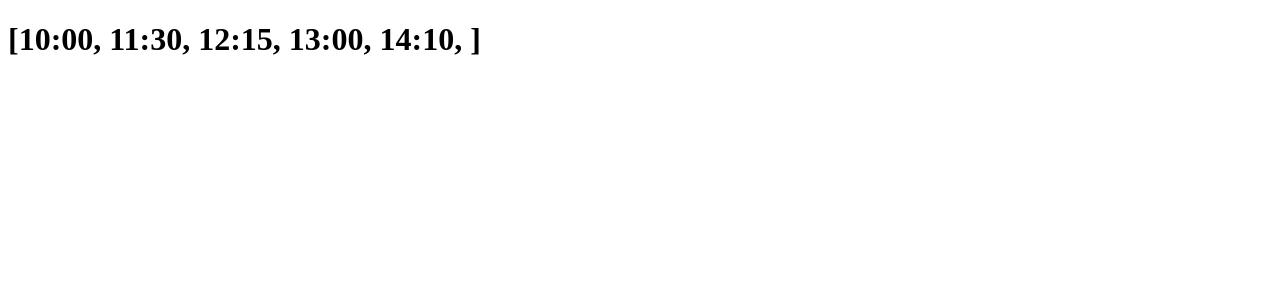
Repository: tsydikov/react_test_task_part2
Page: /
An editor plug-in stored every save of this project. The page is shown before and after the next save, followed by the edit.
The browser window is 1280 px wide. The pictures show the whole page.
The project was rebuilt for these pictures with package versions that can differ from the ones it lists, and the page was loaded fresh each time.

Above is the page before, as saved 2021-09-02 01:49:40.

### public/index.html
<!DOCTYPE html>
<html lang="en">
  <head>
    <meta charset="utf-8" />
    <meta name="viewport" content="width=device-width, initial-scale=1" />
    <meta
      name="description"
      content="Web site created using create-react-app"
    />
    <title>Task part 2</title>
  </head>
  <body>
    <div id="root"></div>

  </body>
</html>

### src/App.js
import React, { useEffect, useState } from 'react'
import GetFetchData from './API/GetFetchData';

function App() {
  const [workingIntervals,setWorkingIntervals] = useState([])
  useEffect(()=>{
    calck()
  },[])
  //   async function getFetchData() {
  //     const data = await GetFetchData.get()
  //     // console.log(data)
  // }
  const data = {
    "start": "10:00",
    "appointments": [
      {
        "start": "10:45",
        "duration": 45
      },
      {
        "start": "13:50",
        "duration": 20
      }
    ],
    "end": "15:00"
  }
  // функция для перевода строчных значений в числовые
  function stringToArray(time) {
    let StringToArray = [
      Number(time.slice(0, time.indexOf(':'))),
      Number(time.slice(time.indexOf(':') + 1, time.length))
    ]
    return StringToArray;
  }
  const calck = () => {
    let workingIntervals = [data.start]
    let appointments = []
    let startWork = stringToArray(data.start)
    let endWork = stringToArray(data.end)
    for (let i = 0; i < data.appointments.length; i++) {
      appointments.push(stringToArray(data.appointments[i].start))
    }
    let numberOfAppointment = 0
     // начинаем перебирать значения времени с шагом 45 минут
    for (let i = startWork[1]; startWork[0] < endWork[0]; i = i + 45) {
      // проверка наличия совещания
      let diference = Math.abs(Math.abs(startWork[0]-appointments[numberOfAppointment][0])* 60 + (appointments[numberOfAppointment][1] - startWork[1]))
      if (diference<= 90) {
        startWork[0]=appointments[numberOfAppointment][0]
        i=appointments[numberOfAppointment][1]
        i=i+data.appointments[numberOfAppointment].duration
        if (numberOfAppointment<(data.appointments.length-1)) {numberOfAppointment=numberOfAppointment+1}
      }
      // перебор масива
      if (i >= 60) {
        i = i - 60
        startWork[0] = startWork[0] + 1
        startWork[1] = i
      } else {
        startWork[1] = i
      }
      if (startWork[0] >= endWork[0] || (((endWork[0] - startWork[0]) === 1 )&& ((60-i)<45))) {
        console.log(workingIntervals)
        return setWorkingIntervals(workingIntervals);
      }
      // наращивание масива результатов
      if (startWork[1] === 0) {
        workingIntervals.push(startWork[0] + ':' + '00')
      } else {
        workingIntervals.push(startWork[0] + ':' + startWork[1])
      }
    }
  }
  return (
    <div className="App">
      <h1>[{workingIntervals.map(interval =>
        interval+', ' )}]</h1>
    </div>
  );
}

export default App;

### src/API/GetFetchData.js
import { URL } from "./config"


export default class GetFetchData {
    static async get() {
        try {
            const response = await fetch(URL, {
                method: 'GET',
                credentials: 'omit',
                headers: {
                    Authorization: 'Bearer token',
                    'Content-Type': 'application/json'
                },
                referrerPolicy: 'no-referrer'
            })
            console.log(response)
            const data = await response.json()

            return data
        } catch (e) {
            console.log(e)
        }
    }
}

### src/API/config.js
export const URL = 'https://www.dropbox.com/s/18qqozhh34rbzxl/doctorsSchedule.json?dl=0'

### src/function/index.js
function stringToArray(time) {
    let StringToArray = [
      Number(time.slice(0, time.indexOf(':'))),
      Number(time.slice(time.indexOf(':') + 1, time.length))
    ]
    return StringToArray;
  }

  export function calculateWorkingIntervals(){
    let workingIntervals = [data.start]
    let appointments = []
    let startWork = stringToArray(data.start)
    let endWork = stringToArray(data.end)
    for (let i = 0; i < data.appointments.length; i++) {
      appointments.push(stringToArray(data.appointments[i].start))
    }
    let numberOfAppointment = 0
     // начинаем перебирать значения времени с шагом 45 минут
    for (let i = startWork[1]; startWork[0] < endWork[0]; i = i + 45) {
      // проверка наличия совещания
      let diference = Math.abs(Math.abs(startWork[0]-appointments[numberOfAppointment][0])* 60 + (appointments[numberOfAppointment][1] - startWork[1]))
      if (diference<= 90) {
        startWork[0]=appointments[numberOfAppointment][0]
        i=appointments[numberOfAppointment][1]
        i=i+data.appointments[numberOfAppointment].duration
        if (numberOfAppointment<(data.appointments.length-1)) {numberOfAppointment=numberOfAppointment+1}
      }
      // перебор масива
      if (i >= 60) {
        i = i - 60
        startWork[0] = startWork[0] + 1
        startWork[1] = i
      } else {
        startWork[1] = i
      }
      if (startWork[0] >= endWork[0] || (((endWork[0] - startWork[0]) === 1 )&& ((60-i)<45))) {
        console.log(workingIntervals)
        return workingIntervals;
      }
      // наращивание масива результатов
      if (startWork[1] === 0) {
        workingIntervals.push(startWork[0] + ':' + '00')
      } else {
        workingIntervals.push(startWork[0] + ':' + startWork[1])
      }
    }
}

Loaded but not shown: src/index.js (common file)

After the next save:
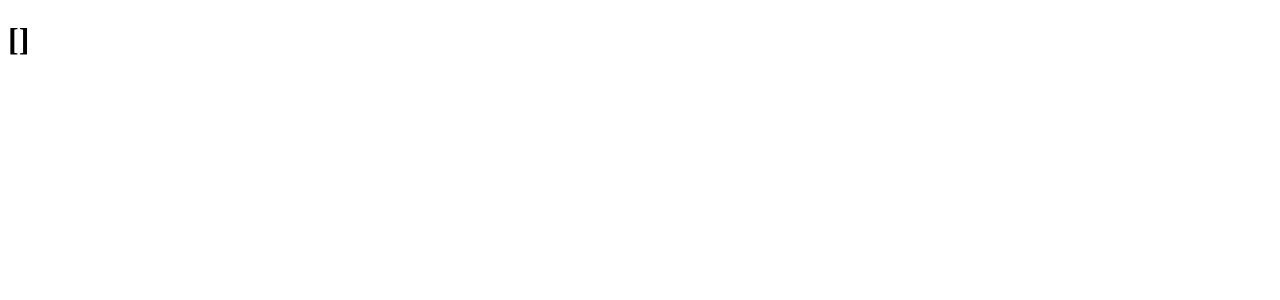
Saved 23 s later.
--- a/src/App.js
+++ b/src/App.js
@@ -61,7 +61,7 @@
       }
       if (startWork[0] >= endWork[0] || (((endWork[0] - startWork[0]) === 1 )&& ((60-i)<45))) {
         console.log(workingIntervals)
-        return setWorkingIntervals(workingIntervals);
+        return workingIntervals;
       }
       // наращивание масива результатов
       if (startWork[1] === 0) {

After the 5 saves that followed:
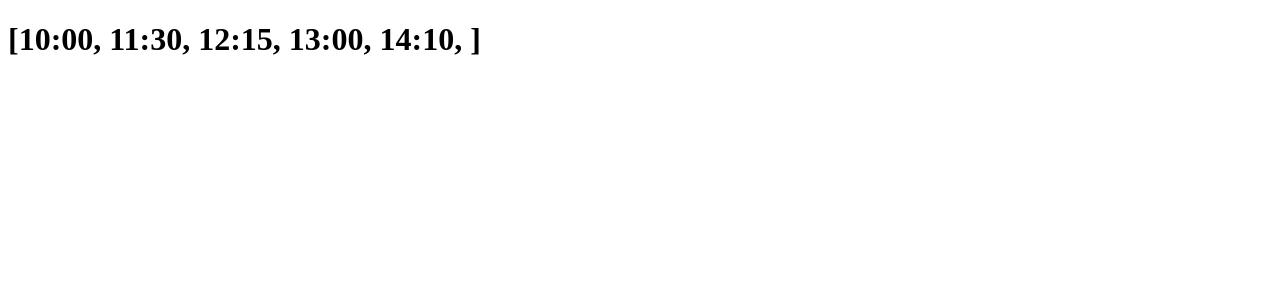
The 5 saves are shown as one change because 4 did not build or start.
The last was saved 5 min 24 s later.
--- a/src/App.js
+++ b/src/App.js
@@ -1,5 +1,6 @@
 import React, { useEffect, useState } from 'react'
 import GetFetchData from './API/GetFetchData';
+import { calculateWorkingIntervals } from './function';
 
 function App() {
   const [workingIntervals,setWorkingIntervals] = useState([])
@@ -25,51 +26,9 @@
     "end": "15:00"
   }
   // функция для перевода строчных значений в числовые
-  function stringToArray(time) {
-    let StringToArray = [
-      Number(time.slice(0, time.indexOf(':'))),
-      Number(time.slice(time.indexOf(':') + 1, time.length))
-    ]
-    return StringToArray;
-  }
+
   const calck = () => {
-    let workingIntervals = [data.start]
-    let appointments = []
-    let startWork = stringToArray(data.start)
-    let endWork = stringToArray(data.end)
-    for (let i = 0; i < data.appointments.length; i++) {
-      appointments.push(stringToArray(data.appointments[i].start))
-    }
-    let numberOfAppointment = 0
-     // начинаем перебирать значения времени с шагом 45 минут
-    for (let i = startWork[1]; startWork[0] < endWork[0]; i = i + 45) {
-      // проверка наличия совещания
-      let diference = Math.abs(Math.abs(startWork[0]-appointments[numberOfAppointment][0])* 60 + (appointments[numberOfAppointment][1] - startWork[1]))
-      if (diference<= 90) {
-        startWork[0]=appointments[numberOfAppointment][0]
-        i=appointments[numberOfAppointment][1]
-        i=i+data.appointments[numberOfAppointment].duration
-        if (numberOfAppointment<(data.appointments.length-1)) {numberOfAppointment=numberOfAppointment+1}
-      }
-      // перебор масива
-      if (i >= 60) {
-        i = i - 60
-        startWork[0] = startWork[0] + 1
-        startWork[1] = i
-      } else {
-        startWork[1] = i
-      }
-      if (startWork[0] >= endWork[0] || (((endWork[0] - startWork[0]) === 1 )&& ((60-i)<45))) {
-        console.log(workingIntervals)
-        return workingIntervals;
-      }
-      // наращивание масива результатов
-      if (startWork[1] === 0) {
-        workingIntervals.push(startWork[0] + ':' + '00')
-      } else {
-        workingIntervals.push(startWork[0] + ':' + startWork[1])
-      }
-    }
+    setWorkingIntervals(calculateWorkingIntervals(data))
   }
   return (
     <div className="App">
--- a/src/function/index.js
+++ b/src/function/index.js
@@ -6,7 +6,7 @@ function stringToArray(time) {
     return StringToArray;
   }
 
-  export function calculateWorkingIntervals(){
+  export function calculateWorkingIntervals(data){
     let workingIntervals = [data.start]
     let appointments = []
     let startWork = stringToArray(data.start)
